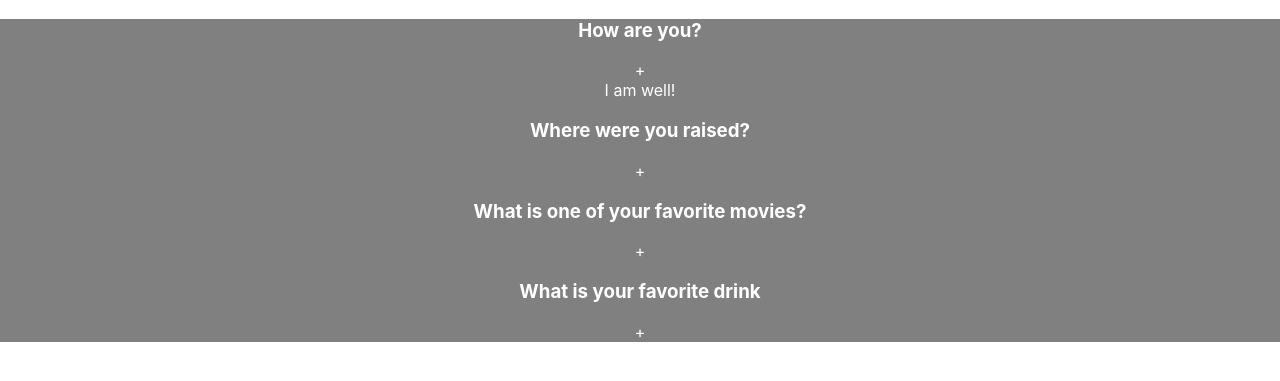
Repository: kosenijr/react-projects
Page: / (app in accordion/), after clicking the first element matching `div.title`
The author's editor kept a copy of each file at every save. The page is drawn from the files as they stood at one save, then again after the next save.
The browser window is 1280 px wide. The pictures show the whole page.
The project was rebuilt for these pictures with package versions that can differ from the ones it lists, and the page was loaded fresh each time.

Above is the page before, as saved 2024-03-02 22:21:59.

After the next save:
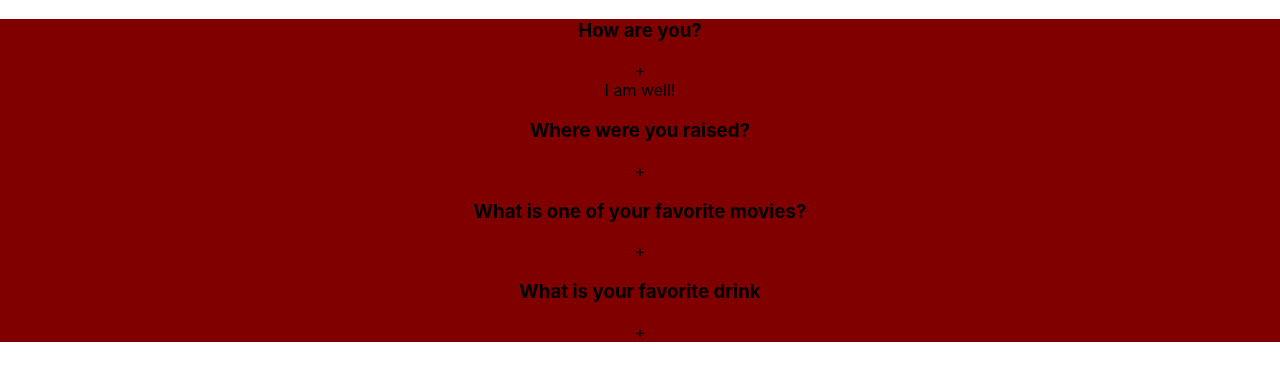
Saved 26 s later.
--- a/accordion/src/styles/Accordion.css
+++ b/accordion/src/styles/Accordion.css
@@ -1,7 +1,5 @@
 .wrapper {
-  background-color: gray;
-  color: white;
 }
 .accordion {
-
+background-color: maroon
 }
